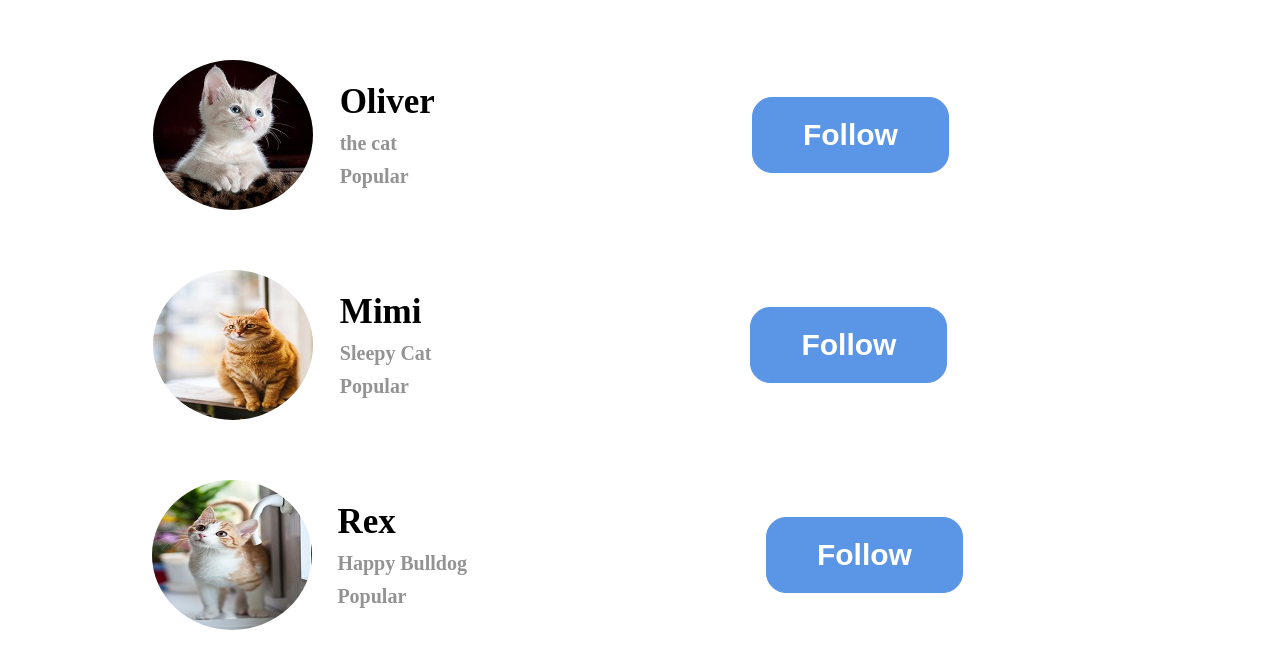
Repository: arifshahriyarnader/css-flexbox
Page: Exercise 4/index.html
The author's editor kept a copy of each file at every save. The page is drawn from the files as they stood at one save, then again after the next save.
The browser window is 1280 px wide. The pictures show the whole page.

Above is the page before, as saved 2024-06-21 11:48:28.

### Exercise 4/index.html
<!DOCTYPE html>
<html lang="en">
<head>
    <meta charset="UTF-8">
    <meta name="viewport" content="width=device-width, initial-scale=1.0">
    <title>Document</title>
    <link rel="stylesheet" href="css/style.css">
</head>
<body>
        <div class="follow">
            <img src="images/cat1.jpg" alt="cat 1" class="follow_img">
            <div class="follow_content">
                <h3>Oliver</h3>
                <p>the cat</p>
                <p>Popular</p>
            </div>
            <div></div>
            <div></div>
            <div></div>
            <div></div>
            <div></div>
            <div></div>
            <div></div>
            <div></div>
            <div></div>
            <div></div>
            <div></div>
            <button type="submit" class="btn">Follow</button>
            <div></div>
            <div></div>
            <div></div>
            <div></div>
            <div></div>
            <div></div>
            <div></div>
            <div></div>
            <div></div>
        </div>

        <div class="follow">
            <img src="images/cat2.jpg" alt="cat 1" class="follow_img">
            <div class="follow_content">
                <h3>Mimi</h3>
                <p>Sleepy Cat</p>
                <p>Popular</p>
            </div>
            <div></div>
            <div></div>
            <div></div>
            <div></div>
            <div></div>
            <div></div>
            <div></div>
            <div></div>
            <div></div>
            <div></div>
            <div></div>
            <button type="submit" class="btn">Follow</button>
            <div></div>
            <div></div>
            <div></div>
            <div></div>
            <div></div>
            <div></div>
            <div></div>
            <div></div>
            <div></div>
        </div>

        <div class="follow">
            <img src="images/cat3.jpg" alt="cat 1" class="follow_img">
            <div class="follow_content">
                <h3>Rex</h3>
                <p>Happy Bulldog</p>
                <p>Popular</p>
            </div>
            <div></div>
            <div></div>
            <div></div>
            <div></div>
            <div></div>
            <div></div>
            <div></div>
            <div></div>
            <div></div>
            <div></div>
            <div></div>
            <button type="submit" class="btn">Follow</button>
            <div></div>
            <div></div>
            <div></div>
            <div></div>
            <div></div>
            <div></div>
            <div></div>
            <div></div>
            <div></div>
        </div>
</body>
</html>

### Exercise 4/css/style.css
*{
    margin:0;
    padding: 0;
    box-sizing: border-box;
}
.follow{
    display: flex;
    align-items: center;
    justify-content: space-around;
    margin:60px 80px;
}
.follow_img{
    border-radius: 50%;
    margin-left: 60px;
}
.follow_content h3{
    font-size: 35px;

}

.follow_content p{
    color:#939393;
    font-size: 20px;
    font-weight: bold;
    padding-top: 10px;
}

.btn{
    background-color: #5B95E5;
    color: #fff;
    padding: 20px 50px;
    font-size: 30px;
    font-weight: bold;
    border: 1px solid #5B95E5;
    border-radius: 20px;
}

After the next save:
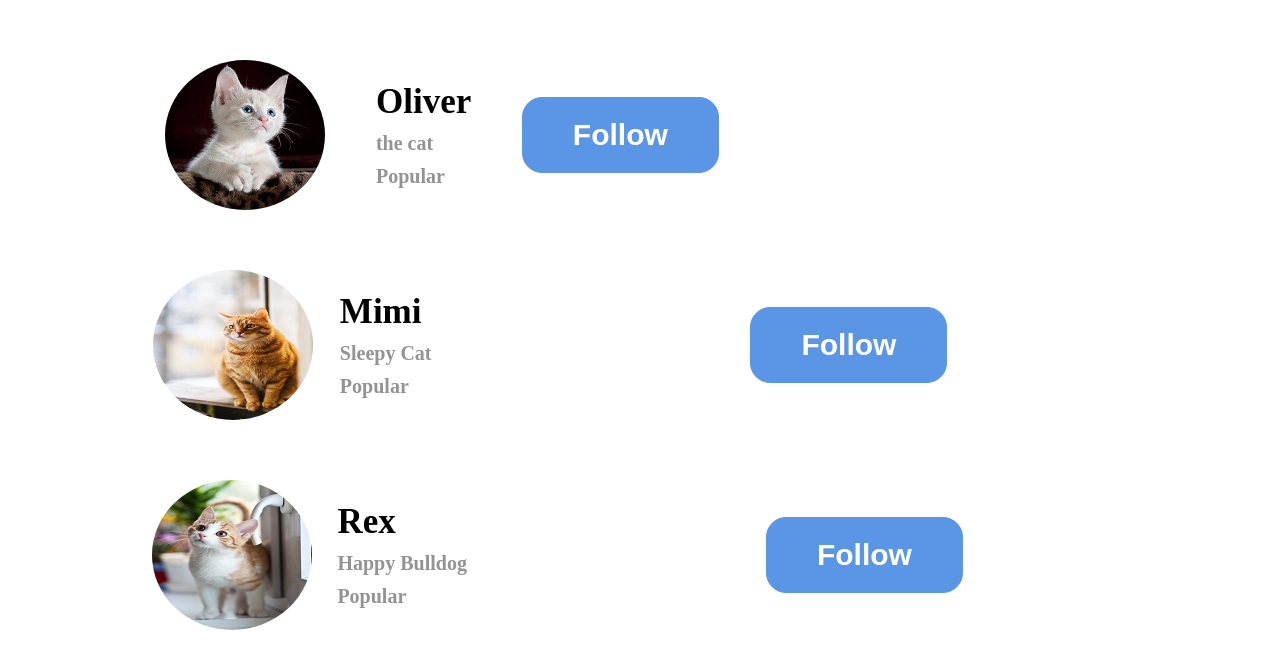
Saved 98 s later.
--- a/Exercise 4/index.html
+++ b/Exercise 4/index.html
@@ -14,6 +14,7 @@
                 <p>the cat</p>
                 <p>Popular</p>
             </div>
+            <!-- <div></div>
             <div></div>
             <div></div>
             <div></div>
@@ -23,8 +24,7 @@
             <div></div>
             <div></div>
             <div></div>
-            <div></div>
-            <div></div>
+            <div></div> -->
             <button type="submit" class="btn">Follow</button>
             <div></div>
             <div></div>
